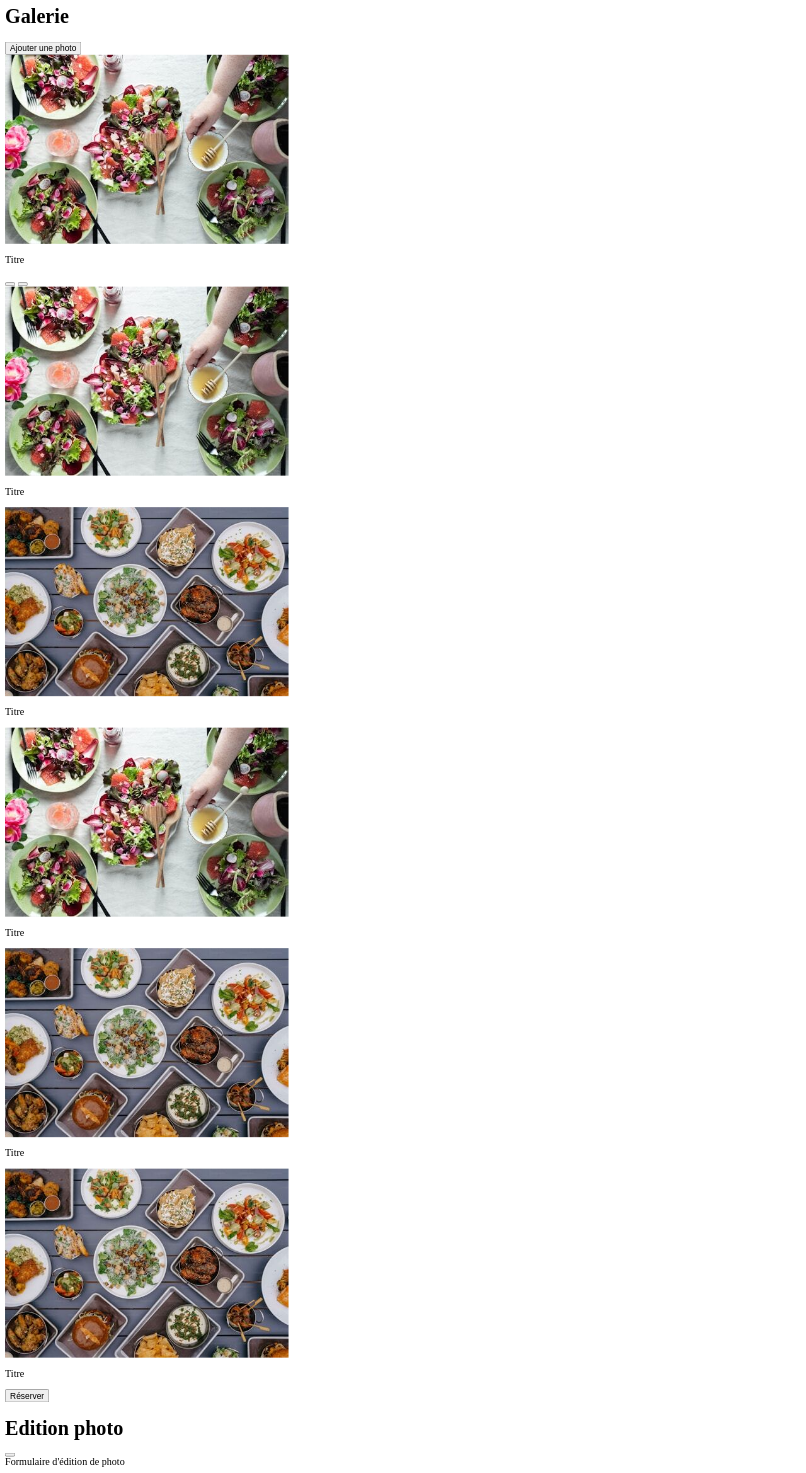
Repository: lemonhao9/QuaiAntiqueRestaurantFront
Page: pages/galerie.html
The author's editor kept a copy of each file at every save. The page is drawn from the files as they stood at one save, then again after the next save.
The browser window is 1280 px wide. The pictures show the whole page, at 63% of full size.

Above is the page before, as saved 2025-01-24 14:47:48.

After the next save:
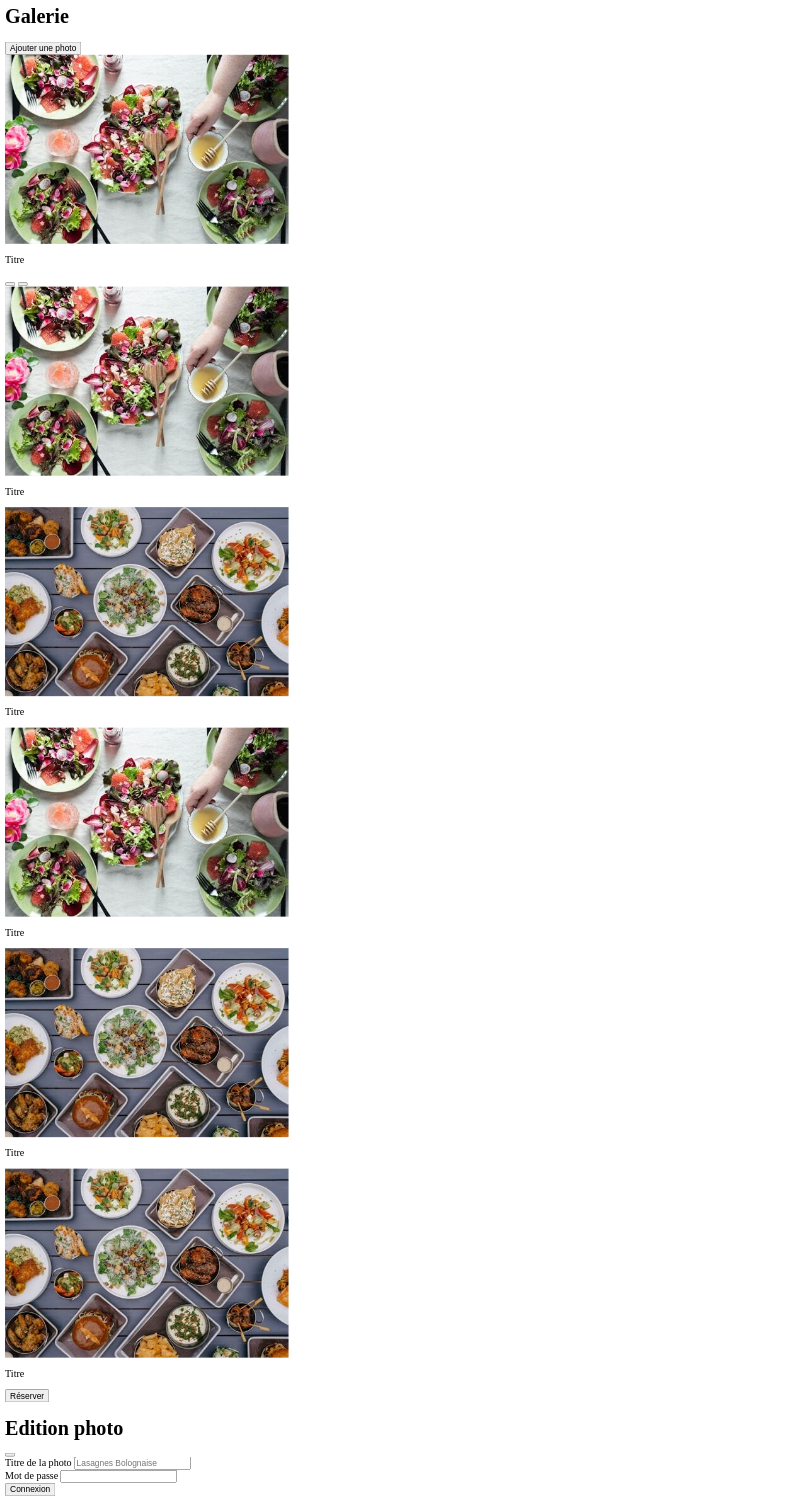
Saved 2 min 59 s later.
--- a/pages/galerie.html
+++ b/pages/galerie.html
@@ -64,7 +64,19 @@
           <button type="button" class="btn-close" data-bs-dismiss="modal" aria-label="Close"></button>
         </div>
         <div class="modal-body">
-          Formulaire d'édition de photo
+            <form>
+                <div class="mb-3">
+                  <label for="NamePhotoInput" class="form-label">Titre de la photo</label>
+                  <input type="text" class="form-control" id="NamePhotoInput" placeholder="Lasagnes Bolognaise" name="Email">
+                </div>
+                <div class="mb-3">
+                  <label for="PasswordInput" class="form-label">Mot de passe</label>
+                  <input type="password" class="form-control" id="PasswordInput" name="Password">
+                </div>
+                <div class="text-center">
+                    <button type="submit" class="btn btn-primary">Connexion</button>
+                </div>
+            </form>
         </div>
       </div>
     </div>
